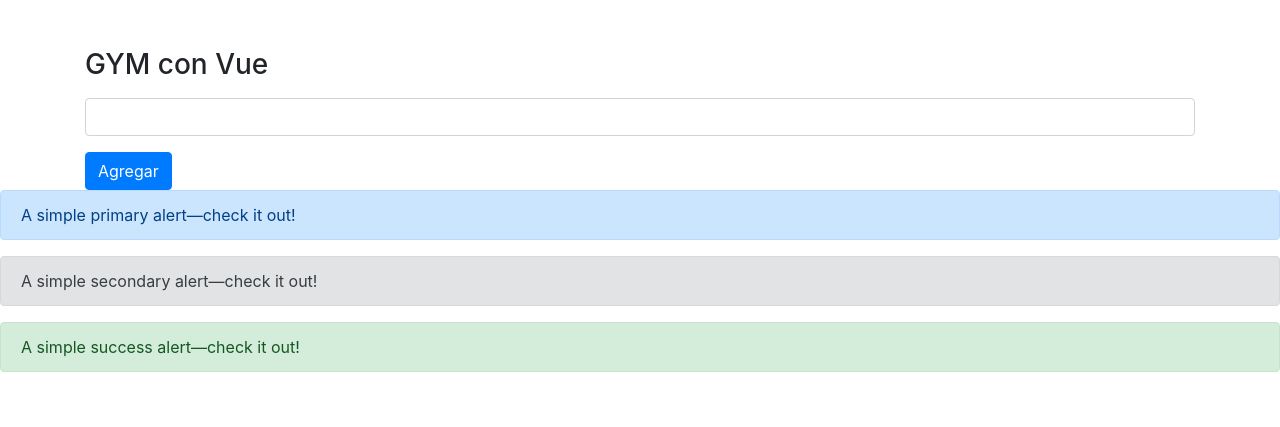
Repository: RonaldVega14/VueProjects
Page: LocalStorage/index.html
These files come from the project's save history. The page is drawn as it stood at one moment and after the next save; the edit follows.
The browser window is 1280 px wide. The pictures show the whole page.

Above is the page before, as saved 2019-11-13 14:36:32.

### LocalStorage/index.html
<!doctype html>
<html lang="en">
<head>
<!-- Required meta tags -->
<meta charset="utf-8">
<meta name="viewport" content="width=device-width, initial-scale=1, shrink-to-fit=no">

<!-- Bootstrap CSS -->
<link rel="stylesheet" href="https://stackpath.bootstrapcdn.com/bootstrap/4.3.1/css/bootstrap.min.css" integrity="sha384-ggOyR0iXCbMQv3Xipma34MD+dH/1fQ784/j6cY/iJTQUOhcWr7x9JvoRxT2MZw1T" crossorigin="anonymous">

<title>GYM Excercise</title>
</head>
<body>
    <div class="container mt-5" id="app">
        <h3>{{titulo}}</h3>

        <input type="text" class="form-control my-3">
        <button class="btn btn-primary">Agregar</button>
    </div>

    <div>
            <div class="alert alert-primary" role="alert">
                    A simple primary alert—check it out!
                  </div>
                  <div class="alert alert-secondary" role="alert">
                    A simple secondary alert—check it out!
                  </div>
                  <div class="alert alert-success" role="alert">
                    A simple success alert—check it out!
                  </div>
    </div>

    <script src="https://cdn.jsdelivr.net/npm/vue/dist/vue.js"></script>
    <script src="app.js"></script>
</body>
</html>

### LocalStorage/app.js
const app = new Vue({
    el: '#app',
    data: {
        titulo : 'GYM con Vue'
    }
});

After the next save:
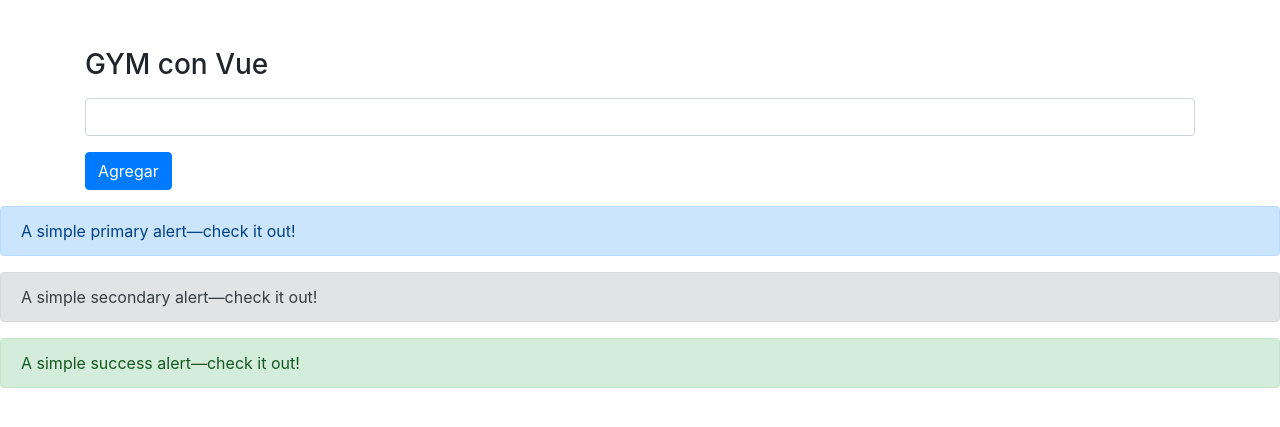
Saved 7 min 9 s later.
--- a/LocalStorage/index.html
+++ b/LocalStorage/index.html
@@ -18,7 +18,7 @@
         <button class="btn btn-primary">Agregar</button>
     </div>
 
-    <div>
+    <div class="mt-3">
             <div class="alert alert-primary" role="alert">
                     A simple primary alert—check it out!
                   </div>
